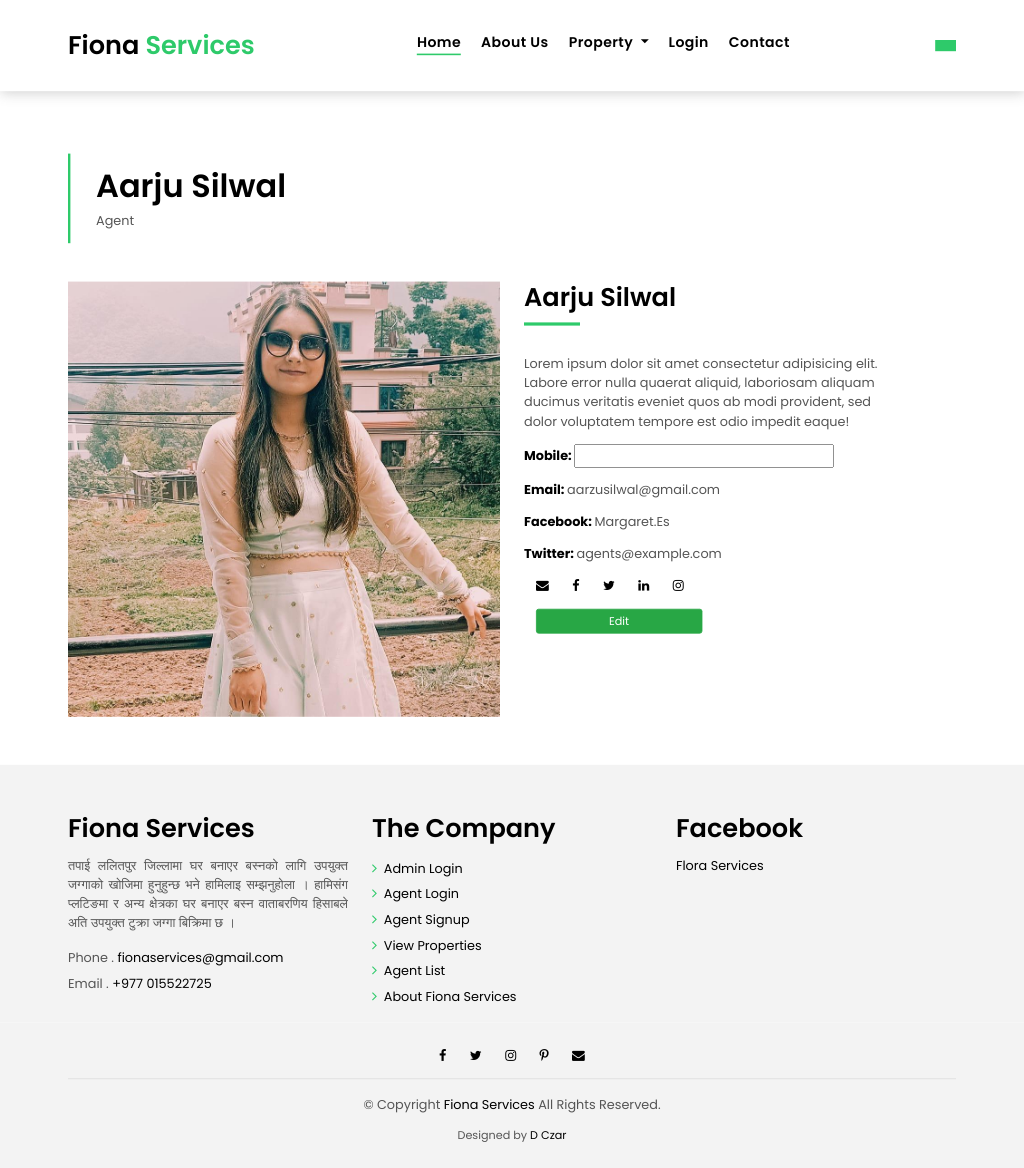
Repository: Sjuicyy/realstate
Page: profile.html
The author's editor kept a copy of each file at every save. The page is drawn from the files as they stood at one save, then again after the next save.
The browser window is 1280 px wide. The pictures show the whole page, at 80% of full size.

Above is the page before, as saved 2022-10-16 14:53:34.

After the next save:
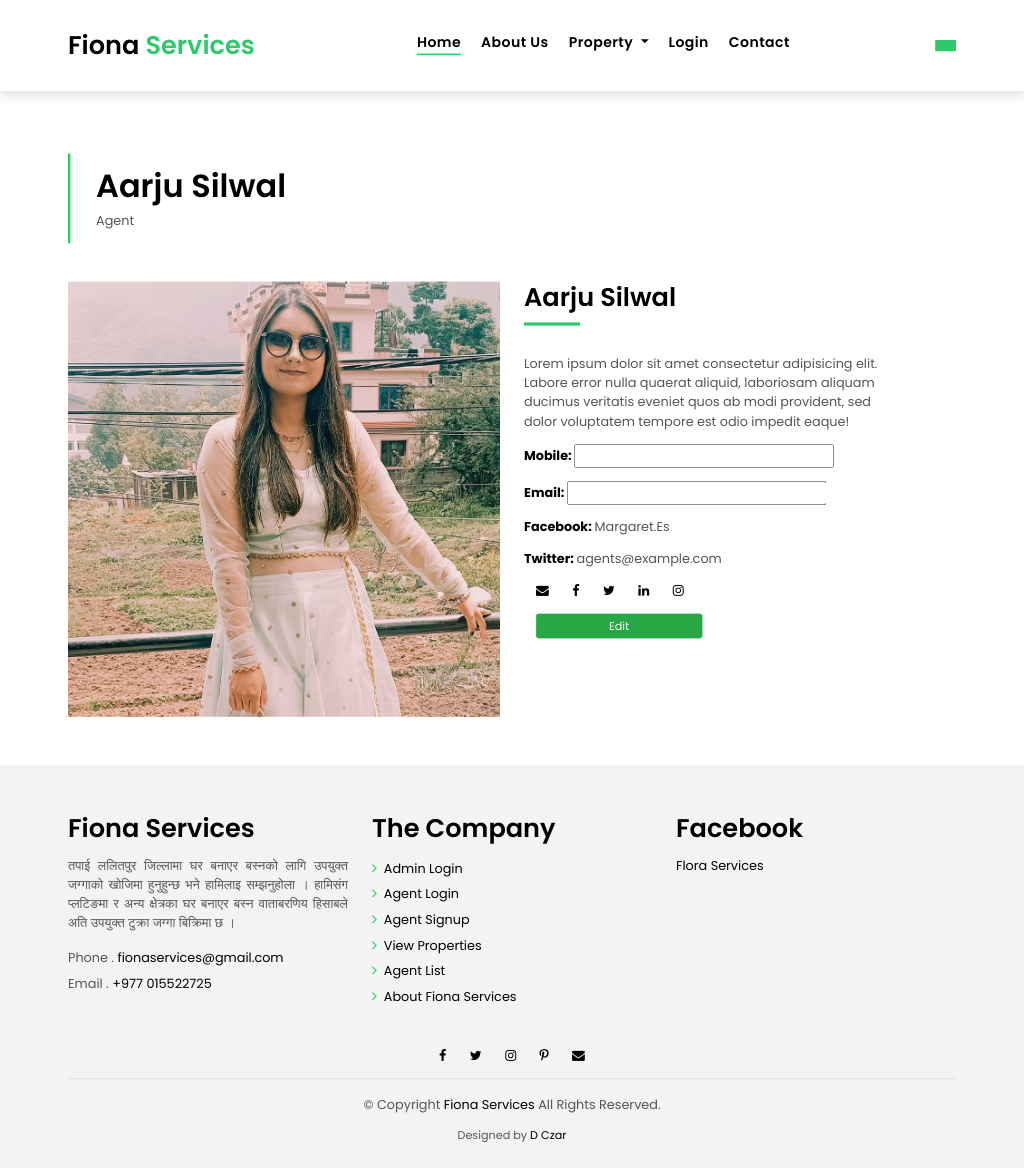
Saved 7 s later.
--- a/profile.html
+++ b/profile.html
@@ -226,7 +226,7 @@
                                         </p>
                                         <p>
                                             <strong>Email: </strong>
-                                            <span class="color-text-a"> aarzusilwal@gmail.com</span>
+                                            <input class=" form form-contro" type="text">
                                         </p>
                                         <p>
                                             <strong>Facebook: </strong>
